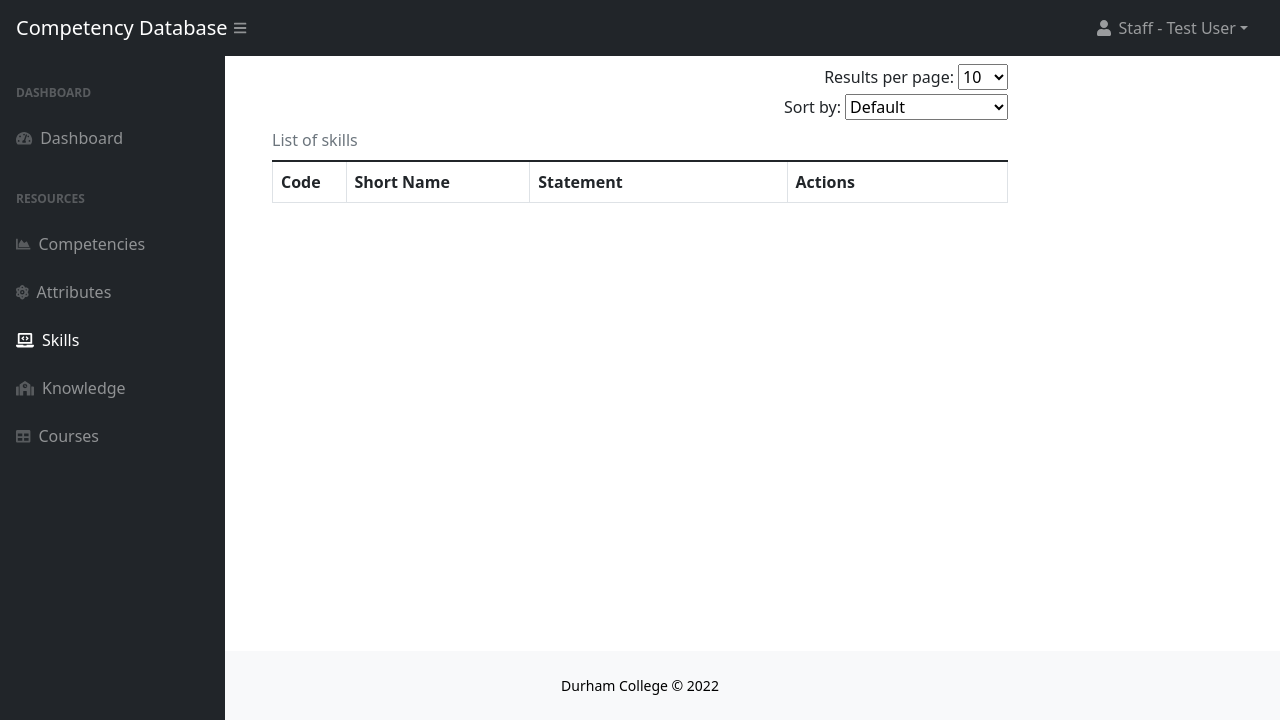
Repository: MuzhdaEhsan/MySQL-compDB
Page: http://localhost/skills
An editor plug-in stored every save of this project. The page is shown before and after the next save, followed by the edit.
The browser window is 1280 px wide. The pictures show the whole page.
The page is served by the project's Laravel application, run on PHP 8.4 with Laravel 8. A made-up administrator, Test User (test@example.com), is signed in. Queries for data that is not in the repository find no rows.

Above is the page before, as saved 2022-03-07 12:27:49.

After the next save:
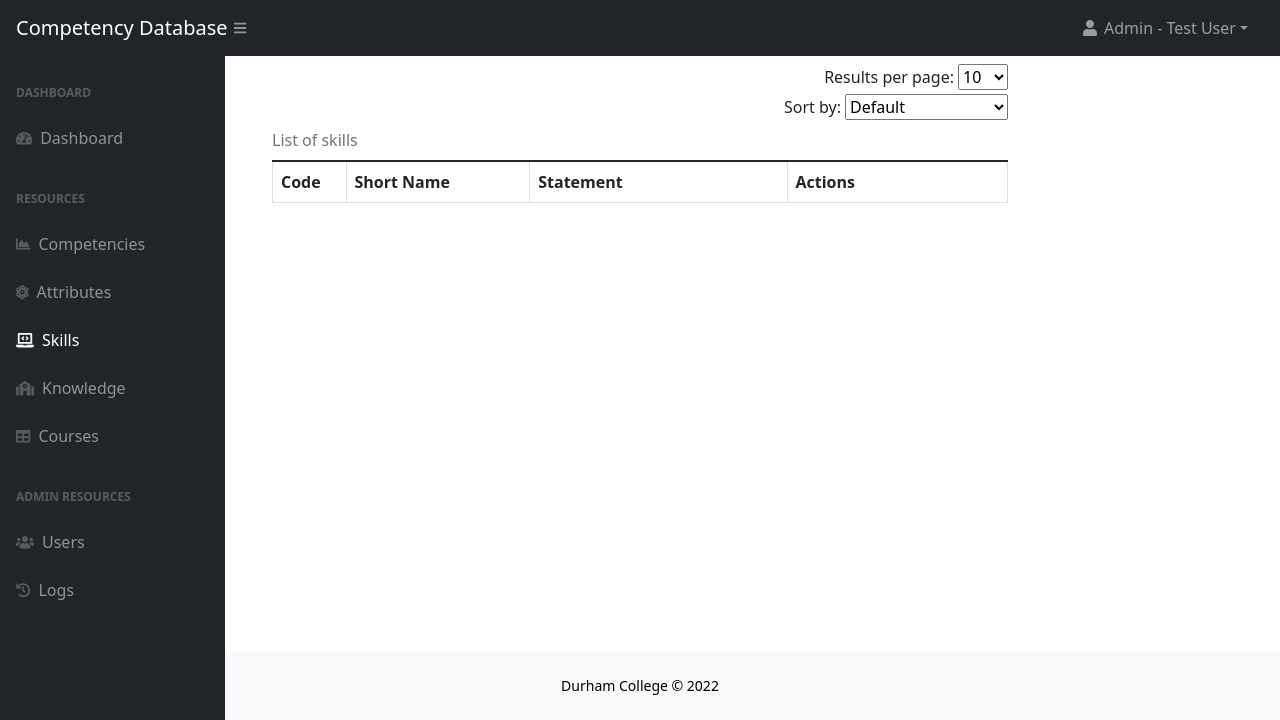
Saved 41 min 33 s later.
--- a/app/Models/User.php
+++ b/app/Models/User.php
@@ -55,6 +55,6 @@ class User extends Authenticatable
      */
     public function isAdmin()
     {
-        return $this->is_admin === true;
+        return $this->is_admin === 1;
     }
 }
